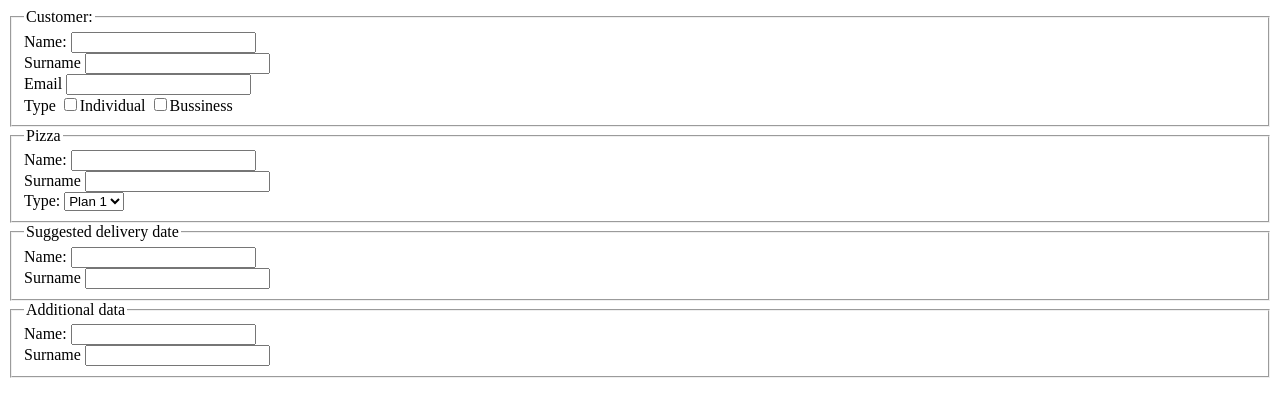
Repository: wisni4k/html-trainee
Page: testWeb/WebContent/Formularz.html
An editor plug-in stored every save of this project. The page is shown before and after the next save, followed by the edit.
The browser window is 1280 px wide. The pictures show the whole page.

Above is the page before, as saved 2015-07-10 11:33:09.

After the next save:
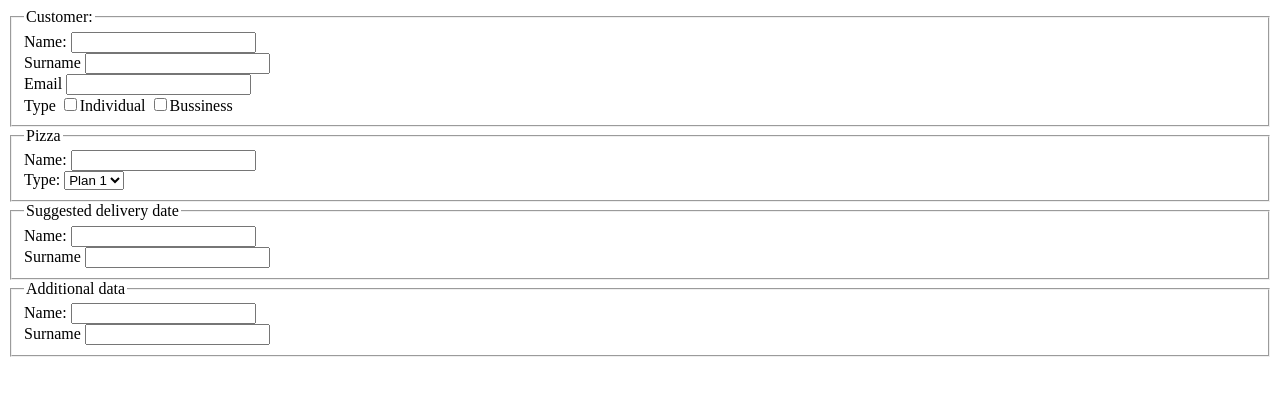
Saved 20 s later.
--- a/testWeb/WebContent/Formularz.html
+++ b/testWeb/WebContent/Formularz.html
@@ -17,7 +17,7 @@
 
 		<fieldset>
 			<legend>Pizza</legend>
-			Name: <input type="text"><br> Surname <input type="text"><br>
+			Name: <input type="text"><br>
 			Type: <select name="decision">
 				<option selected>Plan 1
 				<option>Plan 2
